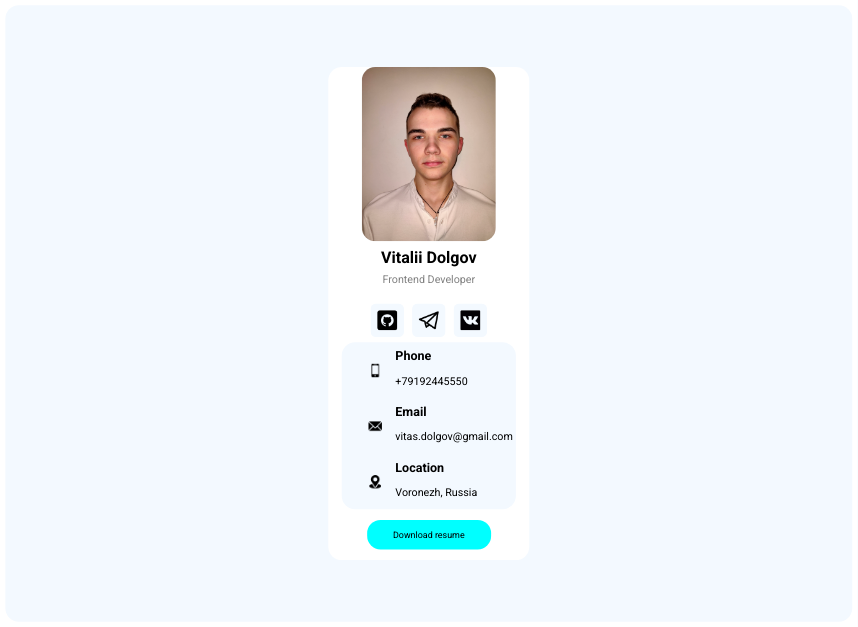
Repository: VitasYo/User_card
Page: src/index.html
The author's editor kept a copy of each file at every save. The page is drawn from the files as they stood at one save, then again after the next save.
The browser window is 1280 px wide. The pictures show the whole page, at 67% of full size.

Above is the page before, as saved 2024-04-09 23:40:11.

After the next save:
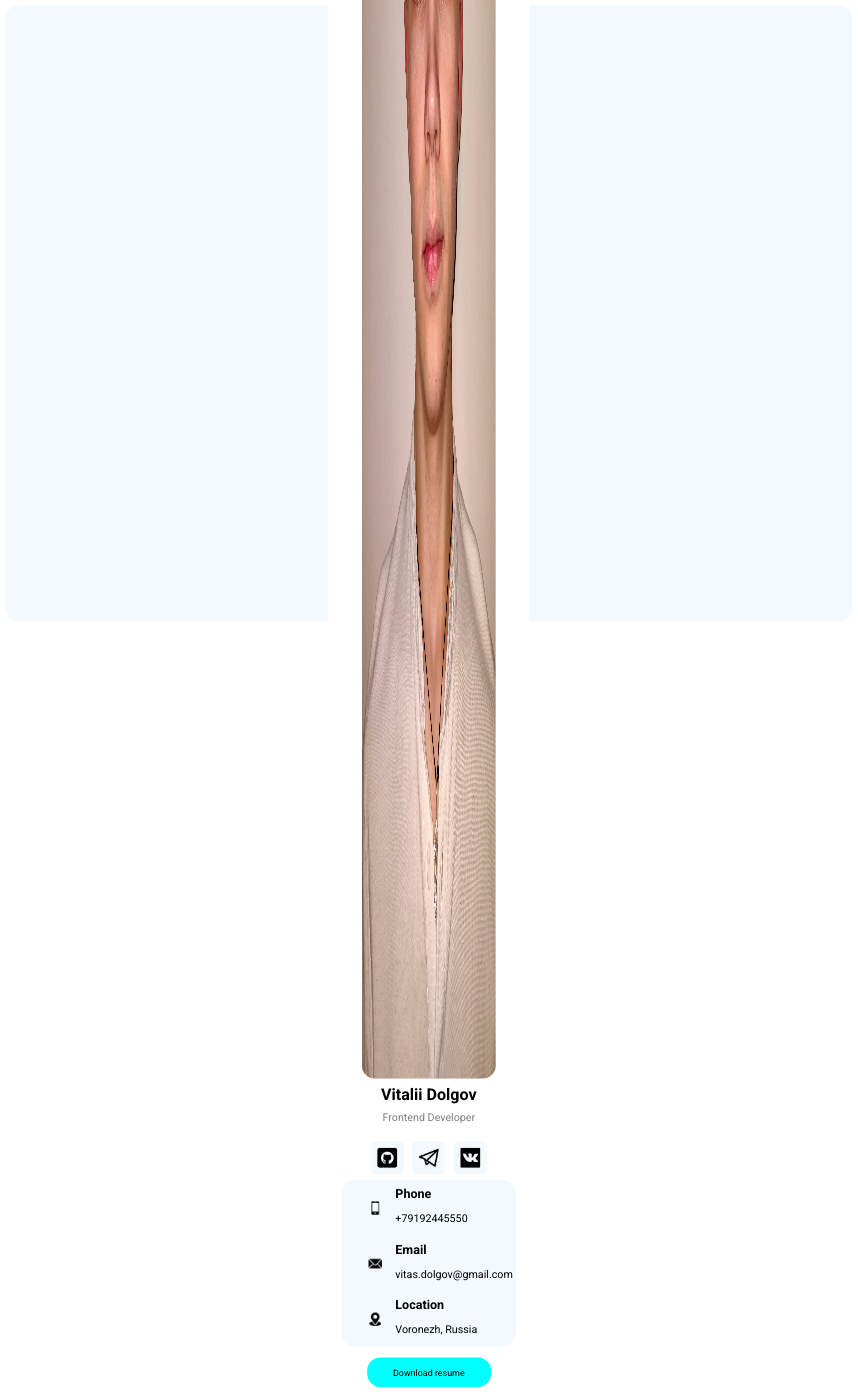
Saved 6 s later.
--- a/assets/css/index.css
+++ b/assets/css/index.css
@@ -38,7 +38,7 @@
 
 .avatar {
   width: 200px;
-  height: 260px;
+  height: 2760px;
   border-radius: 20px;
 }
 
